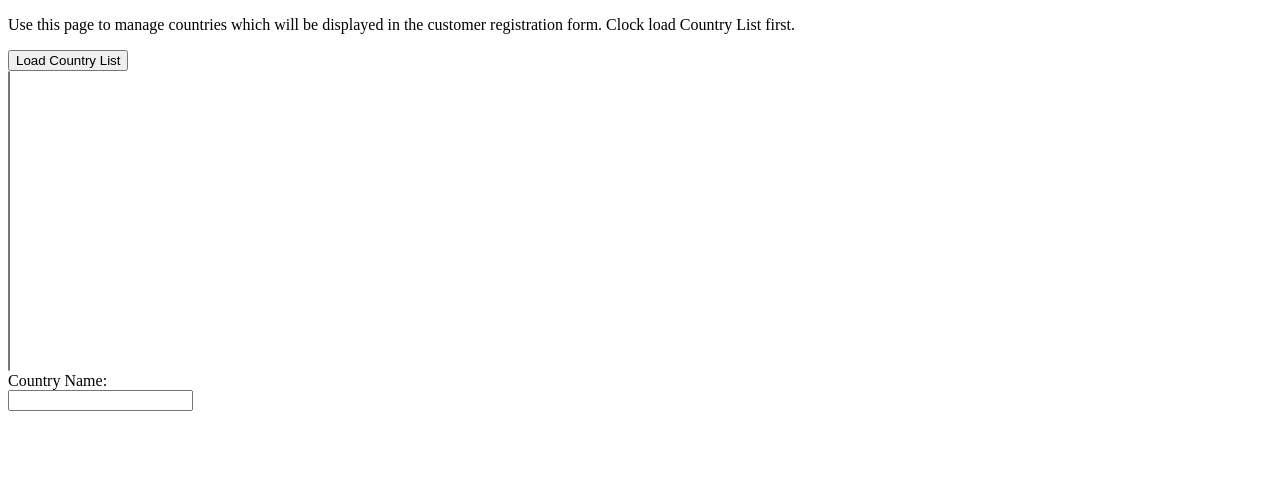
Repository: phongdz-cloud/SpringBoot-Ecommerce
Page: http://localhost/settings/states
The author's editor kept a copy of each file at every save. The page is drawn from the files as they stood at one save, then again after the next save.
The browser window is 1280 px wide. The pictures show the whole page.
The page is this project's Thymeleaf template; nobody is signed in. The template is opened directly, without the code that normally fills it, so the values that code supplies are empty.

Above is the page before, as saved 2022-01-07 02:34:39.

After the next save:
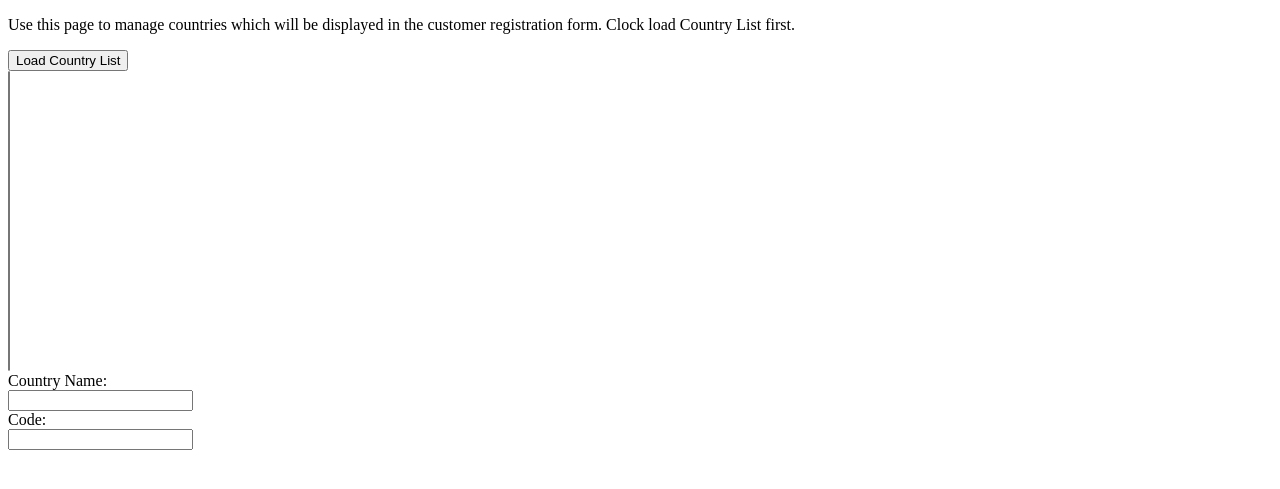
Saved 29 s later.
--- a/ShopmeProject/ShopmeWebParent/ShopmeBackend/src/main/resources/templates/settings/states.html
+++ b/ShopmeProject/ShopmeWebParent/ShopmeBackend/src/main/resources/templates/settings/states.html
@@ -22,6 +22,10 @@
 				<div class="col-md">
 					<input type ="text" class="form-control" id="fieldCountryName" />
 				</div>
+				<label class="col-form-label">Code:</label>
+				<div class="col-md">
+					<input type ="text" class="form-control" id="fieldCountryCode" />
+				</div>
 		</div>
 	</div>
 </body>
